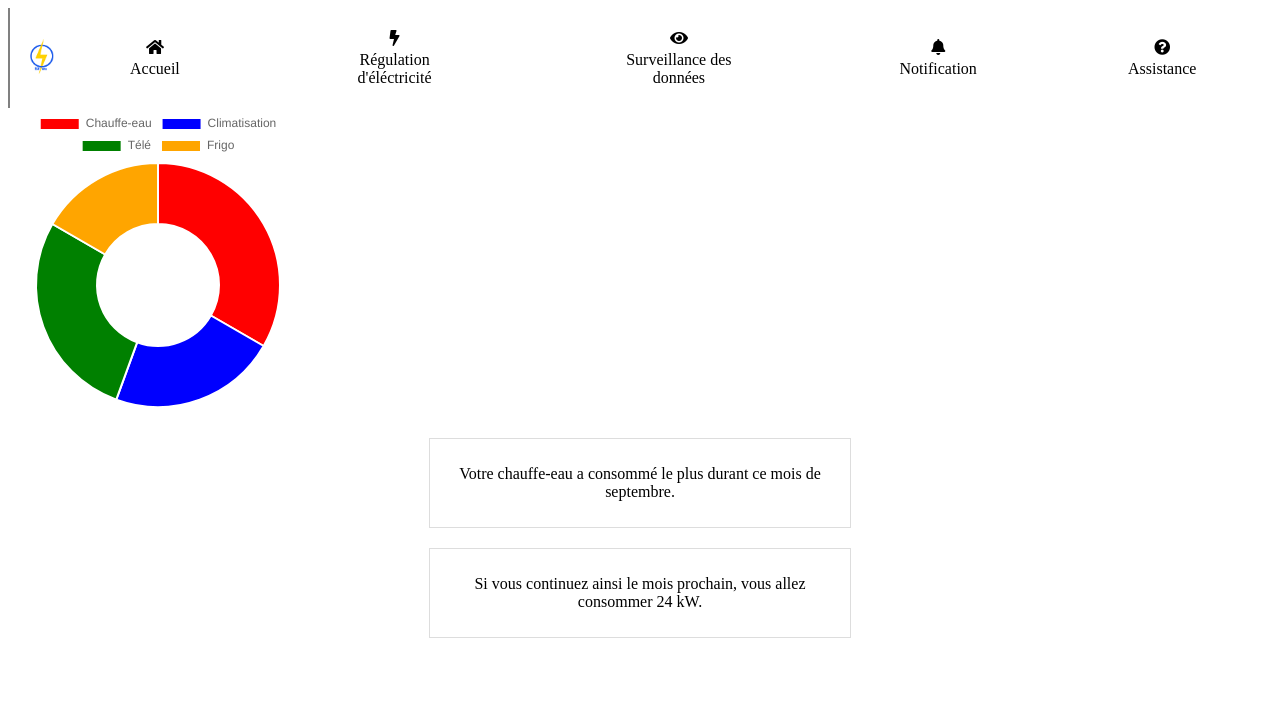
Repository: hamdia200/OSC-Ecowiz
Page: http://localhost/accueil
An editor plug-in stored every save of this project. The page is shown before and after a run of saves, followed by the edit.
The browser window is 1280 px wide. The pictures show the whole page.
The page is served by the project's Laravel application, run on PHP 8.4 with Laravel 10. Other server files are loaded and not shown.

Above is the page before, as saved 2023-08-18 14:25:41.

### routes/web.php
<?php

use Illuminate\Support\Facades\Route;

/*
|--------------------------------------------------------------------------
| Web Routes
|--------------------------------------------------------------------------
|
| Here is where you can register web routes for your application. These
| routes are loaded by the RouteServiceProvider and all of them will
| be assigned to the "web" middleware group. Make something great!
|
*/

Route::get('/', function () {
    return view('welcome');
});

Route::get('/centrale', function () {
    return view('centrale');
});
Route::get('/accueil', function () {
    return view('accueil');
});
Route::get('/inscription', function () {
    return view('inscription');
});
Route::get('/login', function () {
    return view('login');
});
Route::get('/regulation', function () {
    return view('regulation');
});

### resources/views/accueil.blade.php
@extends ("menu")
@section('content')
<div class="container">
<meta charset="UTF-8">
    <meta name="viewport" content="width=device-width, initial-scale=1.0">
    <link rel="stylesheet" href="https://cdnjs.cloudflare.com/ajax/libs/font-awesome/5.15.3/css/all.min.css">
    <script src="https://cdn.jsdelivr.net/npm/chart.js"></script>
    <title>Accueil</title>
    <style>
        .circle-container {
            position: relative;
            width: 300px;
            height: 300px;
        }

        .chart-container {
            position: absolute;
            width: 100%;
            height: 100%;
        }

        .notification-container {
            width: 100%;
            text-align: center;
            margin-top: 20px;
            display: flex;
            flex-direction: column;
            align-items: center;
        }

        .notification {
            padding: 10px;
            margin: 10px;
            background-color: #fff;
            border: 1px solid #ddd;
            width: 80%;
            max-width: 400px;
            text-align: center;
        }
    </style>


    </style>
    <body>
            <div class="circle-container">
                <div class="chart-container">
                    <canvas id="myChart"></canvas>
                </div>
                <!-- <i class="fas fa-bolt icon-left"></i>
                <i class="fas fa-snowflake icon-top"></i>
                <i class="fas fa-tv icon-right"></i>
                <i class="fas fa-utensils icon-bottom"></i> -->
            </div>

            <div class="notification-container">
                <div class="notification">
                    <p>Votre chauffe-eau a consommé le plus durant ce mois de septembre.</p>
                </div>
                <div class="notification">
                    <p>Si vous continuez ainsi le mois prochain, vous allez consommer 24 kW.</p>
                </div>
            </div>


                <script>
                    var ctx = document.getElementById('myChart').getContext('2d');
                    var data = {
                        labels: ['Chauffe-eau', 'Climatisation', 'Télé', 'Frigo'],
                        datasets: [{
                            data: [30, 20, 25, 15],
                            backgroundColor: ['red', 'blue', 'green', 'orange'],
                        }],
                    };
                    var options = {
                        responsive: true,
                        maintainAspectRatio: false,
                        legend: { display: false },
                    };
                    var myChart = new Chart(ctx, {
                        type: 'doughnut',
                        data: data,
                        options: options,
                    });
                </script>

    </body>

    </html>
</div>
@endsection

### resources/views/menu.blade.php
<!DOCTYPE html>
<html>
    <head>
        <meta charset="UTF-8">
        <meta name="viewport" content="width=device-width, initial-scale=1.0">
        <link rel="stylesheet" href="{{asset('bootstrap-5/css/bootstrap.min.css')}}">
        <link rel="stylesheet" href="{{asset('icofont/icofont.min.css')}}">
        <link rel="stylesheet" href="https://cdnjs.cloudflare.com/ajax/libs/font-awesome/5.15.3/css/all.min.css">

        <title>menu</title>
        <style>
        .menu-horizontal {
            list-style-type: none;
            display: flex;
            align-items: center; /* Aligne les éléments au centre horizontalement */
            padding: 0;
            margin: 0;
            border-left: 2px solid gray;
            border-top: none;
            background-color: white;
            height:100px;
        }

        .menu-horizontal li{
            margin: 0 2cm;
            padding: 0;
        }

        .menu-item {
            display: flex;
            flex-direction: column;
            align-items: center;
            justify-content: center;
            border-left: 2p;
        }

        .menu-icon {
            width: 50px;
            height: 50px;
        }

        .menu-text {
            font-size: 16px;
            margin-top: 5px;
            text-align: center;
        }
        .logo {
            padding-left: 20px;
            height: 35px;
        }
        </style>
    </head>

    <body>
        <header>
                <ul class="menu-horizontal fixed-top">
                    <div class="header">
                        <img src="{{asset('/image/ecow.png')}}" alt="" class="logo">
                    </div>
                    <li>
                        <span class="menu-item">
                            <!-- <img src="{{asset('image/elect.png') }}" alt="Icone 1" class="menu-icon"> -->
                            <i class="fas fa-home"></i><span class="menu-text">Accueil</span>
                        </span>
                    </li>
                    <li>
                        <span class="menu-item">
                            <!-- <img src="{{asset('image/donnee.png') }}" alt="Icone 1" class="menu-icon"> -->
                            <i class="fas fa-bolt"></i><span class="menu-text">Régulation d'éléctricité </span>
                        </span>
                    </li>

                    <li>
                        <span class="menu-item">
                            <!-- <img src="{{asset('image/donnee.png') }}" alt="Icone 1" class="menu-icon"> -->
                            <i class="fas fa-eye"></i><span class="menu-text">Surveillance des données </span>
                        </span>
                    </li>
                    <li>
                        <span class="menu-item">
                            <!-- <img src="{{asset('image/sup.png') }}" alt="Icone 1" class="menu-icon"> -->
                            <i class="fas fa-bell"></i><span class="menu-text">Notification</span>
                        </span>
                    </li>
                    <li>
                        <span class="menu-item">
                            <!-- <img src="{{asset('image/assist.png') }}" alt="Icone 1" class="menu-icon"> -->
                            <i class="fas fa-question-circle"></i><span class="menu-text">Assistance</span>
                        </span>
                    </li>
                </ul>

        </header>
        <div class="container">
                @yield('content')
        </div>

    </body>


</html>

After the next 4 saves:
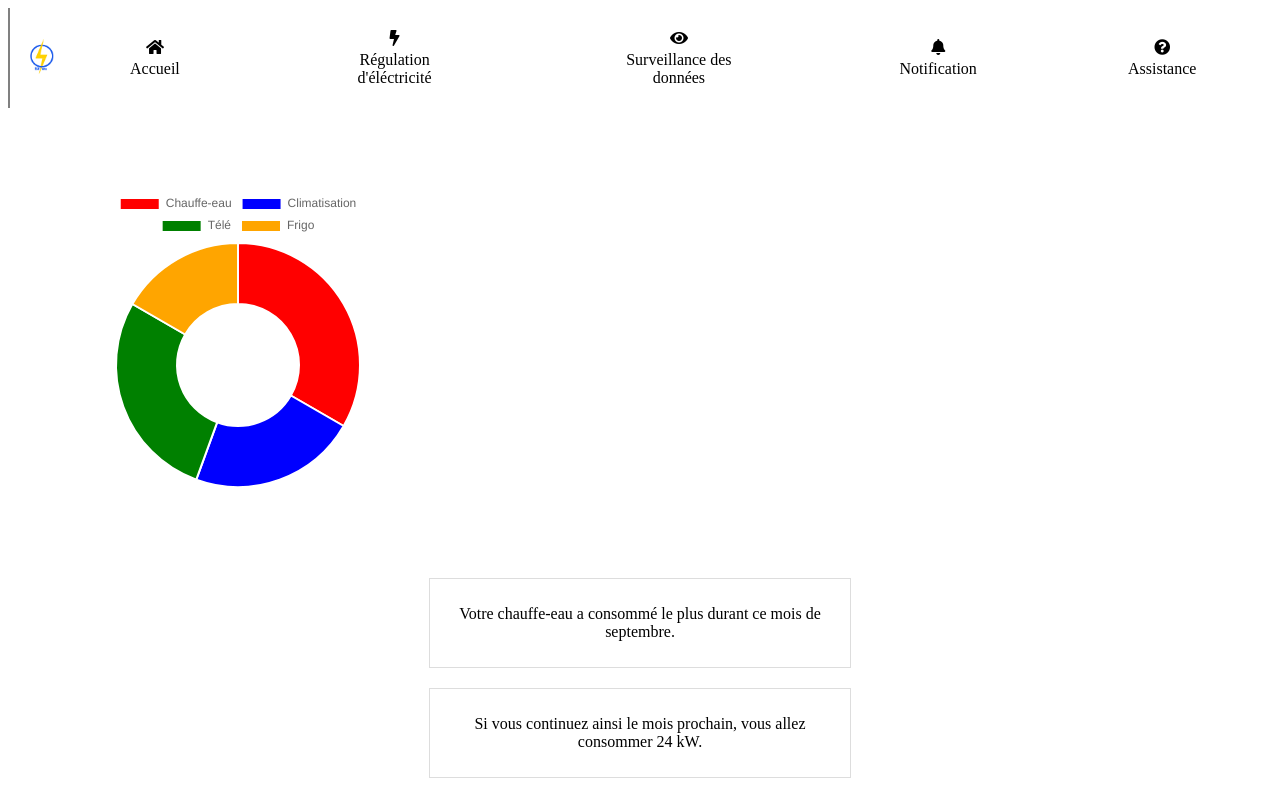
The 4 saves are shown as one change because they came seconds apart.
The last was saved 20 s later.
--- a/resources/views/accueil.blade.php
+++ b/resources/views/accueil.blade.php
@@ -11,6 +11,7 @@
             position: relative;
             width: 300px;
             height: 300px;
+            margin: 5rem;
         }
 
         .chart-container {
